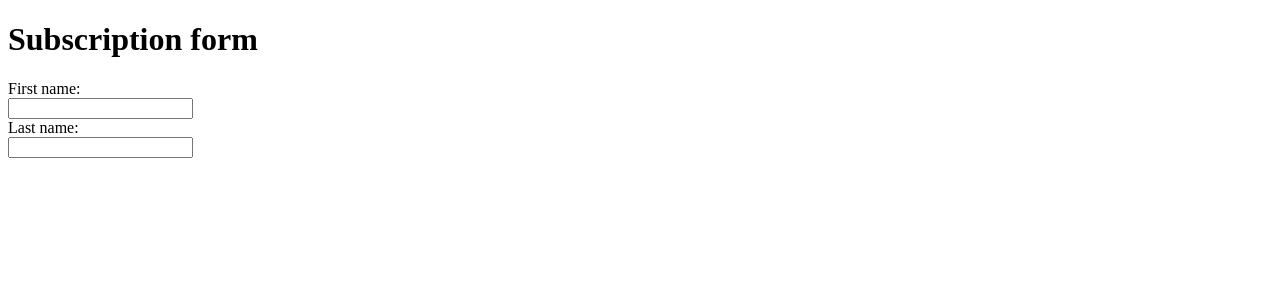
Repository: usaeed/Project2018
Page: BlueWhale/WebContent/subscribeForm.html
An editor plug-in stored every save of this project. The page is shown before and after the next save, followed by the edit.
The browser window is 1280 px wide. The pictures show the whole page.

Above is the page before, as saved 2018-02-01 17:23:06.

### BlueWhale/WebContent/subscribeForm.html
<!DOCTYPE html>
<html>
<head>
<meta charset="ISO-8859-1">
<title>Subscription Form</title>
</head>
<body>
<h1>Subscription form</h1>
<form action="handleSubscribeInfo.jsp" method="post">
First name:<br>
<input type="text" name="firstname"><br>
Last name:<br>
<input type="text" name="lastname"><br>
</form>
</body>
</html>

After the next save:
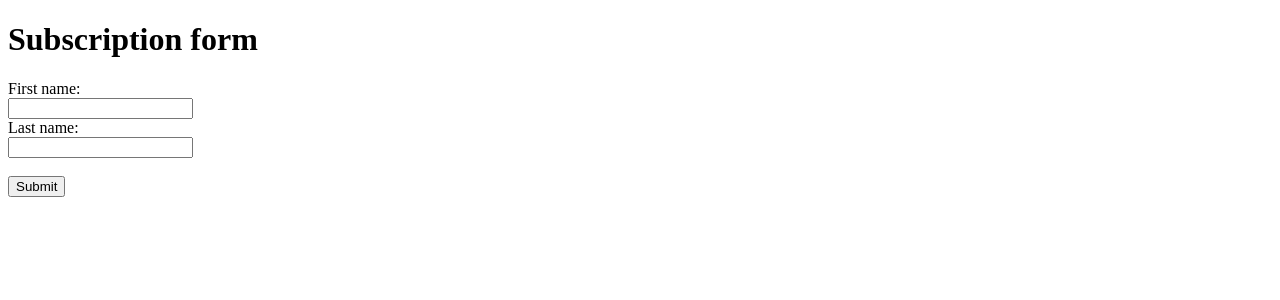
Saved 99 s later.
--- a/BlueWhale/WebContent/subscribeForm.html
+++ b/BlueWhale/WebContent/subscribeForm.html
@@ -10,7 +10,8 @@
 First name:<br>
 <input type="text" name="firstname"><br>
 Last name:<br>
-<input type="text" name="lastname"><br>
+<input type="text" name="lastname"><br><br>
+<input type="submit" value="Submit">
 </form>
 </body>
 </html>
